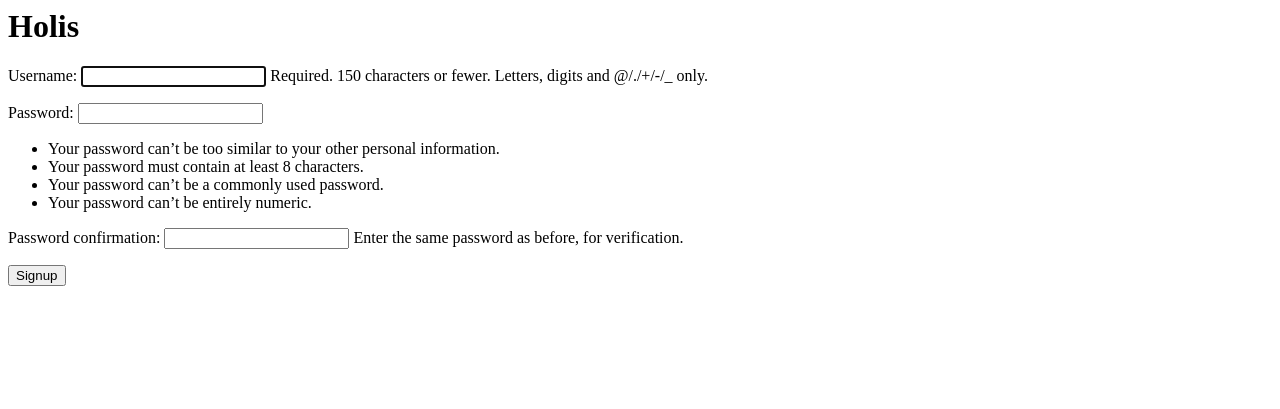
Repository: dbettancourt/django-auth-crud
Page: http://localhost/signup/
An editor plug-in stored every save of this project. The page is shown before and after the next save, followed by the edit.
The browser window is 1280 px wide. The pictures show the whole page.
The page is served by the project's application, run on Django 4.2 (manage.py). Other server files are loaded and not shown.

Above is the page before, as saved 2023-06-02 17:06:55.

### tasks/templates/signup.html
<h1>Holis</h1>

{{error}}

<form action="/signup/" method="POST">
    {% csrf_token %}
    {{form.as_p}}

    <button>
        Signup
    </button>
</forrm>

### tasks/views.py
from django.shortcuts import render, redirect
from django.contrib.auth.forms import UserCreationForm
from django.contrib.auth.models import User
from django.contrib.auth import login
from django.db import IntegrityError



# Create your views here.
def home(request):
    return render(request, 'home.html')

def signup(request):

    if request.method == 'GET':
         return render(request, 'signup.html',{
        'form': UserCreationForm
    })

    else:
        if request.POST['password1'] == request.POST['password2']:
            try:
                user = User.objects.create_user(username=request.POST['username'], password=request.POST['password1'])
                user.save()
                login(request, user)
                return redirect ('tasks')
            except IntegrityError:
                return render(request, 'signup.html',{
                    'form': UserCreationForm,
                    'error': 'El usuario ya existe'
                    })
        return render(request, 'signup.html', {
            'form': UserCreationForm,
            'error': 'Las contraseñas no coinciden'
            })

def tasks(request):
    return render(request, 'tasks.html')

### djangocrud/urls.py
"""
URL configuration for djangocrud project.

The `urlpatterns` list routes URLs to views. For more information please see:
    https://docs.djangoproject.com/en/4.2/topics/http/urls/
Examples:
Function views
    1. Add an import:  from my_app import views
    2. Add a URL to urlpatterns:  path('', views.home, name='home')
Class-based views
    1. Add an import:  from other_app.views import Home
    2. Add a URL to urlpatterns:  path('', Home.as_view(), name='home')
Including another URLconf
    1. Import the include() function: from django.urls import include, path
    2. Add a URL to urlpatterns:  path('blog/', include('blog.urls'))
"""
from django.contrib import admin
from django.urls import path
from tasks import views

urlpatterns = [
    path('admin/', admin.site.urls),
    path('', views.home, name='home'),
    path('signup/', views.signup, name='signup'),
     path('tasks/', views.tasks, name='tasks')
]

### tasks/templates/base.html
<!DOCTYPE html>
<!--[if lt IE 7]>      <html class="no-js lt-ie9 lt-ie8 lt-ie7"> <![endif]-->
<!--[if IE 7]>         <html class="no-js lt-ie9 lt-ie8"> <![endif]-->
<!--[if IE 8]>         <html class="no-js lt-ie9"> <![endif]-->
<!--[if gt IE 8]>      <html class="no-js"> <!--<![endif]-->
<html>
    <head>
        <meta charset="utf-8">
        <meta http-equiv="X-UA-Compatible" content="IE=edge">
        <title>Pagina Base Django</title>
        <meta name="description" content="">
        <meta name="viewport" content="width=device-width, initial-scale=1">
        <link rel="stylesheet" href="">
    </head>
    <body>
        <!--[if lt IE 7]>
            <p class="browsehappy">You are using an <strong>outdated</strong> browser. Please <a href="#">upgrade your browser</a> to improve your experience.</p>
        <![endif]-->

        <script src="" async defer></script>

        <nav>
            <ul>
                <li>
                    <a href="/">Home</a>
                </li>
                <li>
                    <a href="/tasks">Tasks</a>
                </li>
                <li>
                    <a href="/signup">Signup</a>
                </li>
            </ul>
        </nav>


        {% block content %}
        {% endblock %}

    </body>
</html>

After the next save:
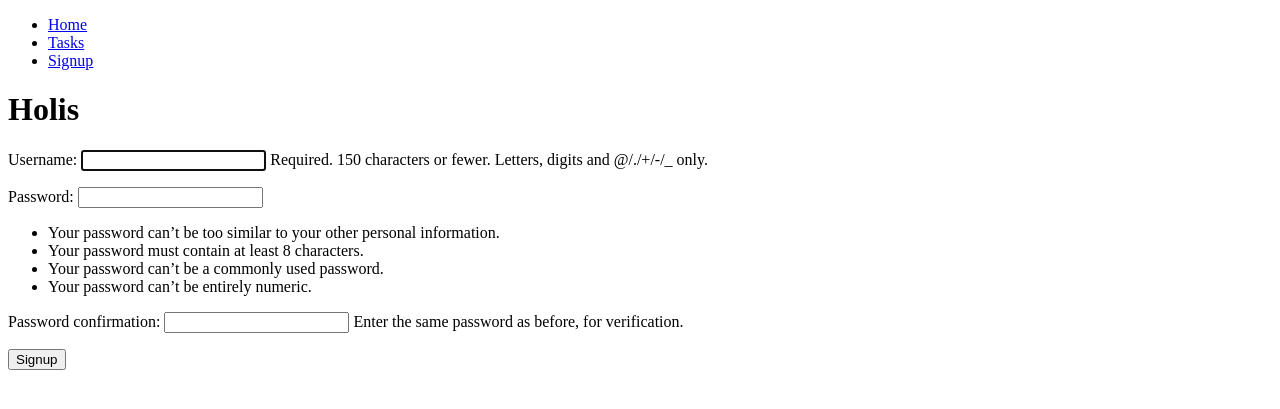
Saved 72 s later.
--- a/tasks/templates/signup.html
+++ b/tasks/templates/signup.html
@@ -1,3 +1,6 @@
+{% extends 'base.html' %}
+
+{% block content %}
 <h1>Holis</h1>
 
 {{error}}
@@ -10,3 +13,4 @@
         Signup
     </button>
 </forrm>
+{% endblock %}
